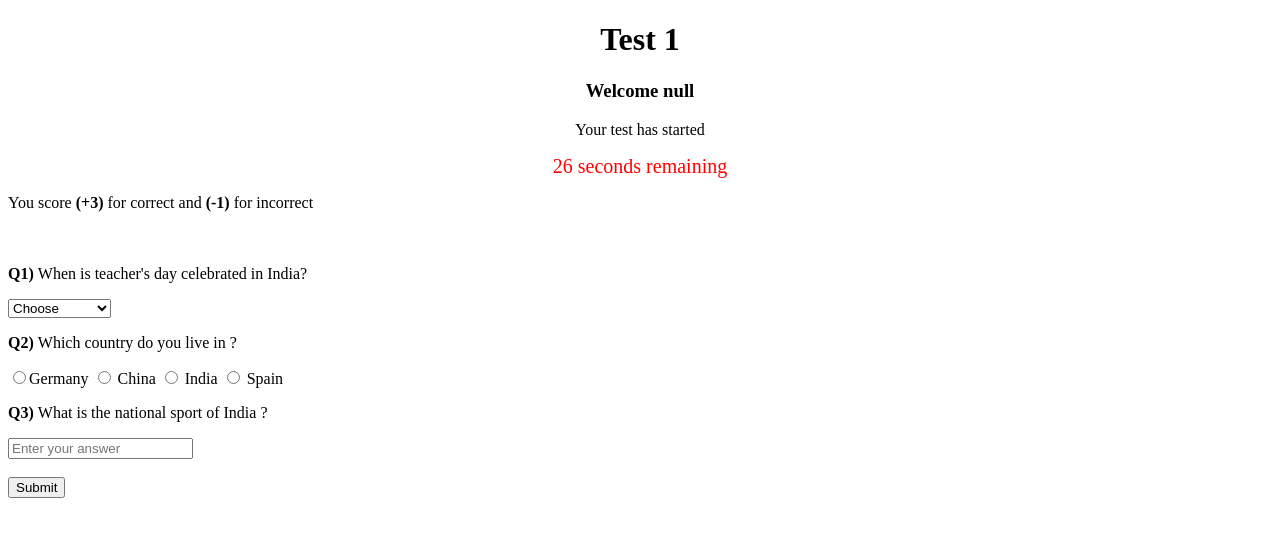
Repository: MriOj/OnlineExamPortal
Page: http://localhost/ExamPortal/test1.jsp
An editor plug-in stored every save of this project. The page is shown before and after a run of saves, followed by the edit.
The browser window is 1280 px wide. The pictures show the whole page.
The page is served by Tomcat 9.

Above is the page before, as saved 2021-09-07 12:04:05.

After the next 2 saves:
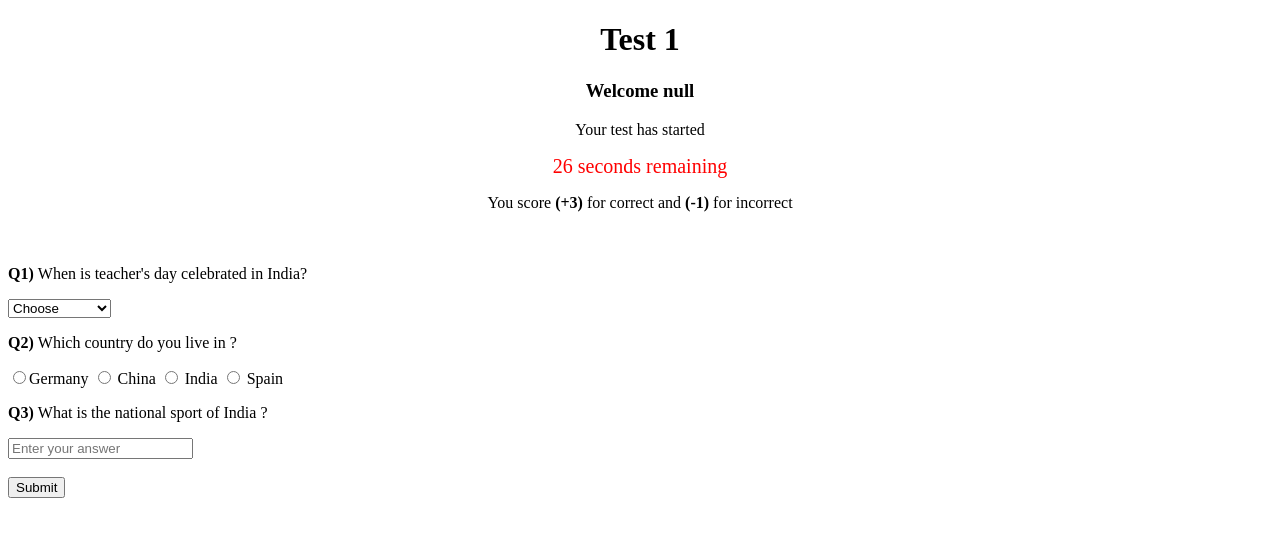
The 2 saves are shown as one change because they came seconds apart.
The last was saved 3 min 39 s later.
--- a/ExamPortal/src/main/webapp/test1.jsp
+++ b/ExamPortal/src/main/webapp/test1.jsp
@@ -27,7 +27,7 @@ color:red;
 <p >Your test has started </p>
 <div id="timer"></div>
 </div>
-<p>You score <b>(+3)</b> for correct and <b>(-1)</b> for incorrect</p>
+<p style="text-align: center">You score <b>(+3)</b> for correct and <b>(-1)</b> for incorrect</p>
 <form action="than" method="post" id="yourForm">
 <input type="text" id="uid" name="userid" value="<%{out.println(request.getAttribute("userid"));} %>">
 <input type="text" id="uid" name="test" value="1">
